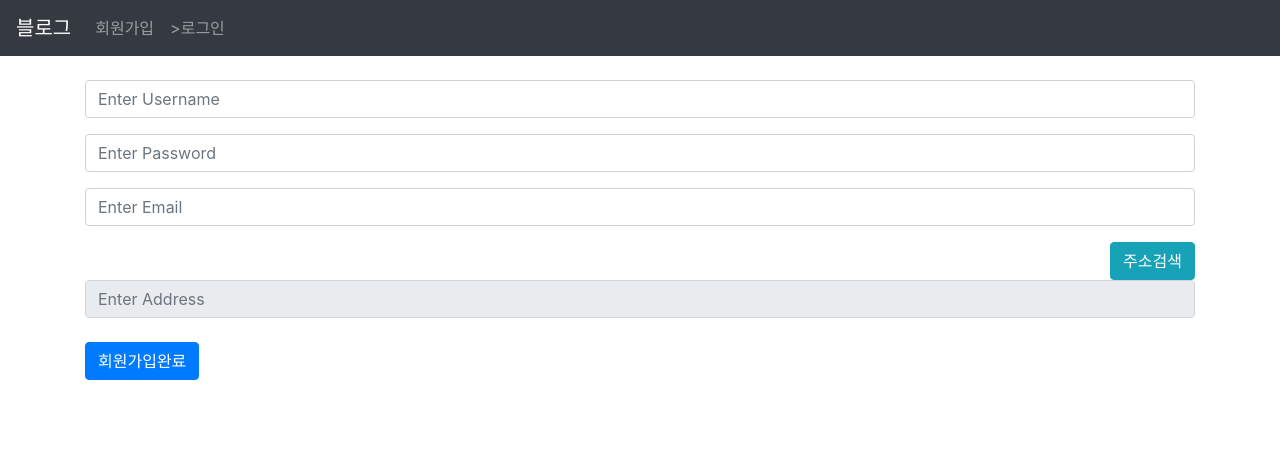
Repository: oshLunch/blog
Page: http://localhost/blog/user/joinForm.jsp
The author's editor kept a copy of each file at every save. The page is drawn from the files as they stood at one save, then again after the next save.
The browser window is 1280 px wide. The pictures show the whole page.
The page is served by Tomcat 9. Nobody is signed in. The application's start-up code is not run. Other server files are loaded and not shown.

Above is the page before, as saved 2021-01-04 05:45:36.

### blog/WebContent/user/joinForm.jsp
<%@ page language="java" contentType="text/html; charset=UTF-8"
    pageEncoding="UTF-8"%>
<%@ include file="../layout/header.jsp"%>

<div class="container">
	<form action="/blog/user?cmd=join" method = "post">
		<div class="form-group">
			<input type="text" name="username" class="form-control" placeholder="Enter Username" required/>
		</div>

		<div class="form-group">
			<input type="password" name="password" class="form-control" placeholder="Enter Password" required/>
		</div>

		<div class="form-group">
			<input type="email" name="email" class="form-control" placeholder="Enter Email" required/>
		</div>

		<div class="d-flex justify-content-end">
			<button type="button" class="btn btn-info" onclick="goPopup();">주소검색</button>
		</div>
		<input type="text" name="address" id="address" class="form-control" placeholder="Enter Address" required readonly/>
		<br/>
		<button type="submit" class="btn btn-primary">회원가입완료</button>
	</form>
</div>
<script>
	function goPopup() {
		// 주소검색을 수행할 팝업 페이지를 호출합니다.
		// 호출된 페이지(jusopopup.jsp)에서 실제 주소검색URL(https://www.juso.go.kr/addrlink/addrLinkUrl.do)를 호출하게 됩니다.
		var pop = window.open("/blog/user/jusoPopup.jsp", "pop",
				"width=570,height=420, scrollbars=yes, resizable=yes");
	}

	function jusoCallBack(roadFullAddr) {
		var addressEl = document.querySelector("#address");
		addressEl.value = roadFullAddr;
	}
</script>
</body>
</html>

### blog/WebContent/layout/header.jsp
<%@ page language="java" contentType="text/html; charset=UTF-8"
    pageEncoding="UTF-8"%>
<!DOCTYPE html>
<html lang="en">
<head>
  <title>Cos 블로그</title>
  <meta charset="utf-8">
  <meta name="viewport" content="width=device-width, initial-scale=1">
  <link rel="stylesheet" href="https://maxcdn.bootstrapcdn.com/bootstrap/4.5.2/css/bootstrap.min.css">
  <script src="https://ajax.googleapis.com/ajax/libs/jquery/3.5.1/jquery.min.js"></script>
  <script src="https://cdnjs.cloudflare.com/ajax/libs/popper.js/1.16.0/umd/popper.min.js"></script>
  <script src="https://maxcdn.bootstrapcdn.com/bootstrap/4.5.2/js/bootstrap.min.js"></script>
</head>
<body>

<nav class="navbar navbar-expand-md bg-dark navbar-dark">
  <a class="navbar-brand" href="#">블로그</a>
  <button class="navbar-toggler" type="button" data-toggle="collapse" data-target="#collapsibleNavbar">
    <span class="navbar-toggler-icon"></span>
  </button>
  <div class="collapse navbar-collapse" id="collapsibleNavbar">
    <ul class="navbar-nav">
      <li class="nav-item">
        <a class="nav-link" href="<%=request.getContextPath() %>/user?cmd=joinForm">회원가입</a>
      </li>
      <li class="nav-item">
        <a class="nav-link" href="<%=request.getContextPath() %>/user?cmd=loginForm">>로그인</a>
      </li>
    </ul>
  </div>
</nav>
<br>

After the next save:
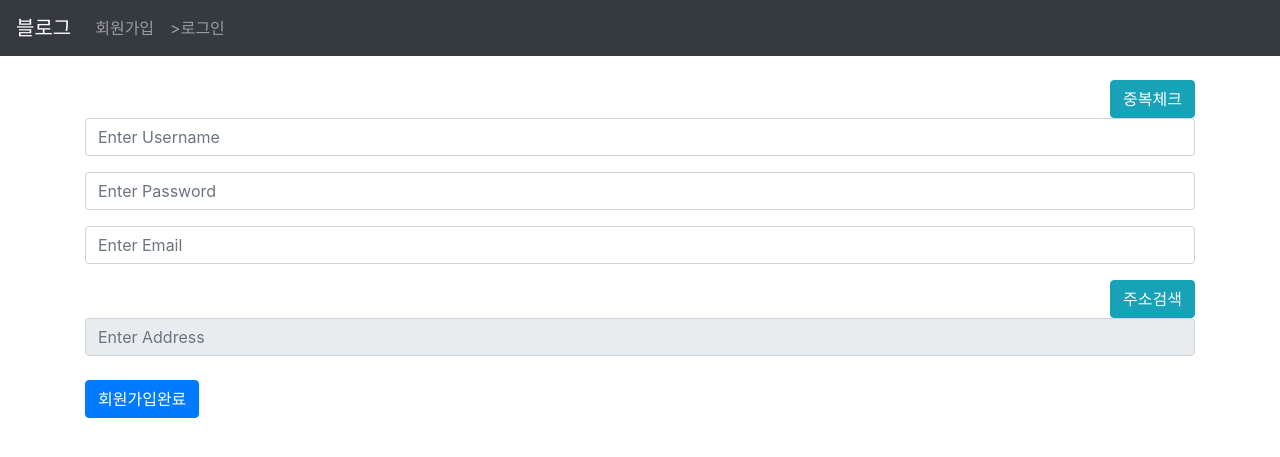
Saved 2 h 53 min later.
--- a/blog/WebContent/user/joinForm.jsp
+++ b/blog/WebContent/user/joinForm.jsp
@@ -3,9 +3,12 @@
 <%@ include file="../layout/header.jsp"%>
 
 <div class="container">
-	<form action="/blog/user?cmd=join" method = "post">
+	<form action="/blog/user?cmd=join" method = "post" onsubmit="return valid()">
+		<div class="d-flex justify-content-end">
+			<button type="button" class="btn btn-info" onclick="usernameCheck()">중복체크</button>
+		</div>
 		<div class="form-group">
-			<input type="text" name="username" class="form-control" placeholder="Enter Username" required/>
+			<input type="text" name="username" id="username" class="form-control" placeholder="Enter Username" required/>
 		</div>
 
 		<div class="form-group">
